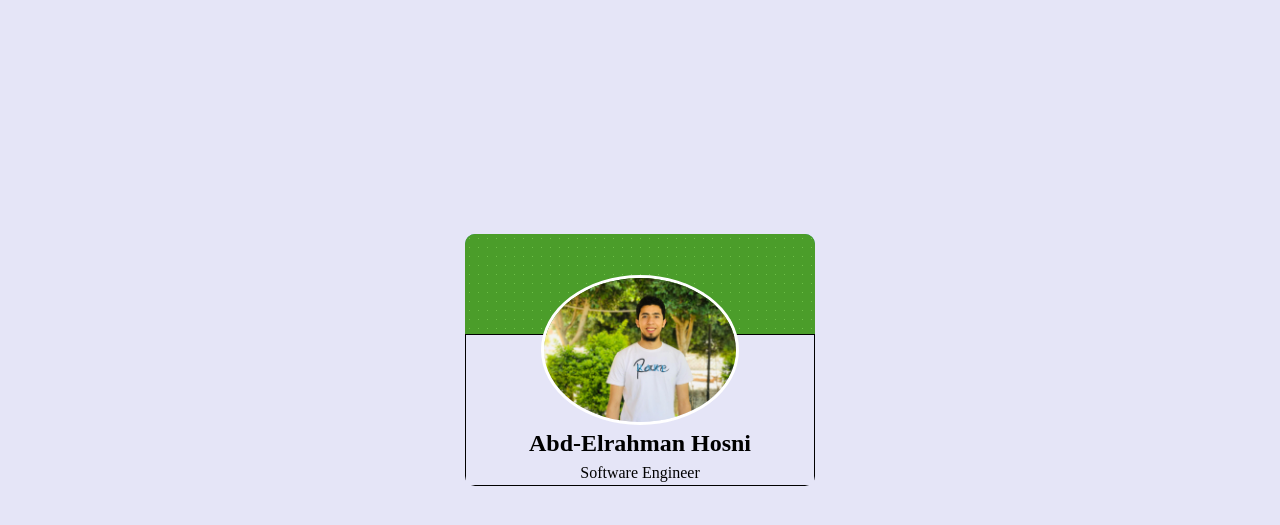
Repository: Abdo-Hosni123/Html-and-css-projects
Page: index.html
These files come from the project's save history. The page is drawn as it stood at one moment and after the next save; the edit follows.
The browser window is 1280 px wide. The pictures show the whole page.

Above is the page before, as saved 2023-12-05 22:28:12.

### index.html
<!DOCTYPE html>
<html lang="en">
<head>
    <meta charset="UTF-8">
    <meta name="viewport" content="width=device-width, initial-scale=1.0">
    <title>Abd-Elrahman Honsi's profile component</title>
    <link rel="stylesheet" href="Style.css">
</head>
<body>
    <div class="container">
        <article class="card">
            <div class="top"></div>
            <div class="middle">
                <img src="./assets/mypicture.jpg" alt="picture of Abdelrahman Hosni" class="card-img">
                <h2>Abd-Elrahman Hosni</h2>
                <p>Software Engineer</p>
            </div>
            <div class="bottom"></div>
        </article>

    </div>
</body>
</html>

### Style.css

*, *::before, *::after {
box-sizing: border-box;
}
* {
margin: 0;
}
body {
line-height: 1.5;
-webkit-font-smoothing: antialiased;
}

img, picture, video, canvas, svg {
display: block;
max-width: 100%;
}

input, button, textarea, select {
font: inherit;
}

p, h1, h2, h3, h4, h5, h6 {
overflow-wrap: break-word;
}

#root, #__next {
isolation: isolate;
}
.container{
    display: flex;
    align-items: center;
    justify-content: center;
    min-height: 100vh;
    background-color: #e5e5f7;

}
.card {
    display: flex;
    flex-direction: column;
    min-width: 350px;
    border-radius: 10px;
    overflow: hidden;
}
.top {
    height: 100px;
    background-color: #35918c;
    opacity: 1;
    background-image: radial-gradient(#6ec048 0.45px, #4b9d2a 0.45px);
    background-size: 9px 9px;
    z-index: 1;
}
.middle{
    display: flex;
    flex-direction: column;
    justify-content: center;
    align-items: center;
    border: 1px solid;
}
.card-img{
    margin-top: -60px;
    border-radius: 50%;
    border: 3px solid white;
    height: 150px;
    z-index: 2;

}

After the next save:
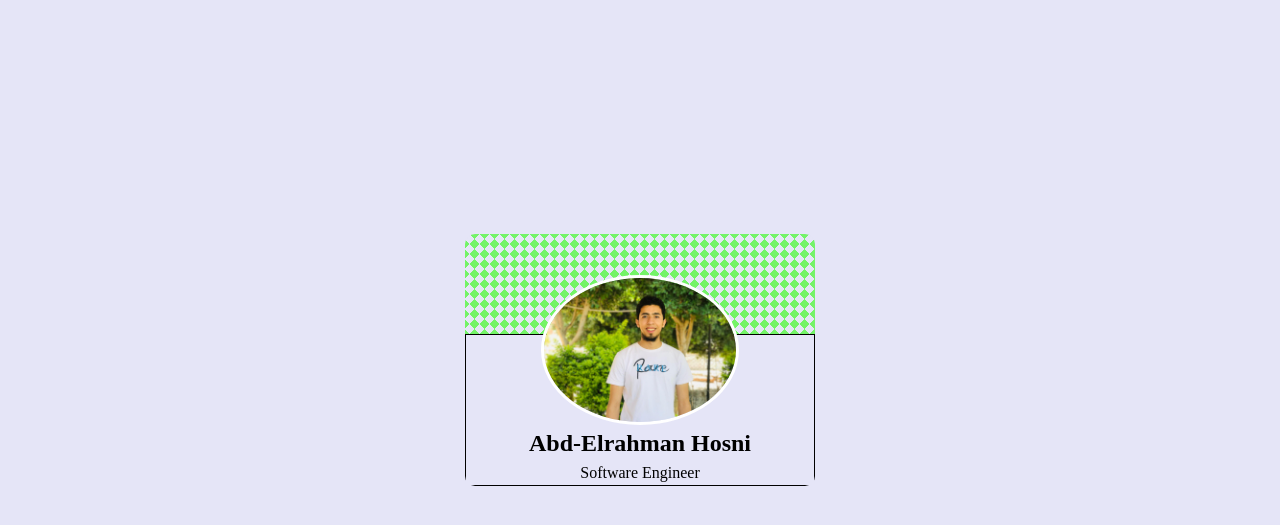
Saved 63 s later.
--- a/Style.css
+++ b/Style.css
@@ -43,10 +43,12 @@
 }
 .top {
     height: 100px;
-    background-color: #35918c;
-    opacity: 1;
-    background-image: radial-gradient(#6ec048 0.45px, #4b9d2a 0.45px);
-    background-size: 9px 9px;
+    background-color: #e5e5f7;
+    opacity: 0.8;
+    background-image:  linear-gradient(135deg, #58f745 25%, transparent 25%), linear-gradient(225deg, #58f745 25%, transparent 25%), linear-gradient(45deg, #58f745 25%, transparent 25%), linear-gradient(315deg, #58f745 25%, #e5e5f7 25%);
+    background-position:  10px 0, 10px 0, 0 0, 0 0;
+    background-size: 10px 10px;
+    background-repeat: repeat;
     z-index: 1;
 }
 .middle{
